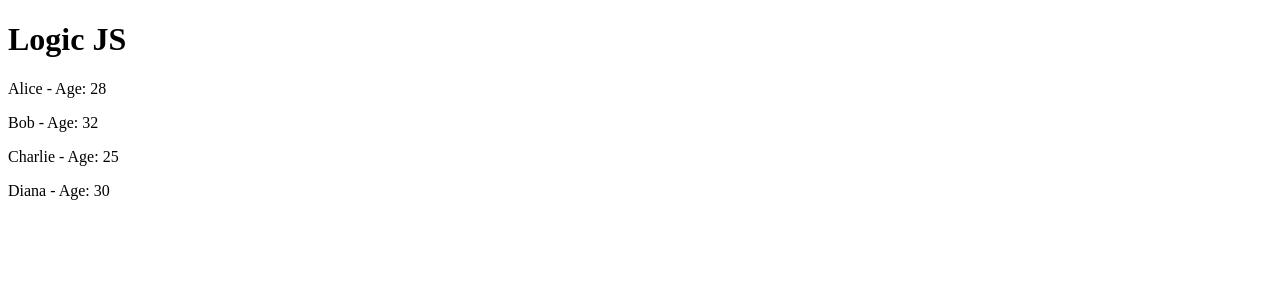
Repository: SharonSebastian32/food-search-filter-
Page: index.html
An editor plug-in stored every save of this project. The page is shown before and after the next save, followed by the edit.
The browser window is 1280 px wide. The pictures show the whole page.

Above is the page before, as saved 2024-10-11 10:10:40.

After the next save:
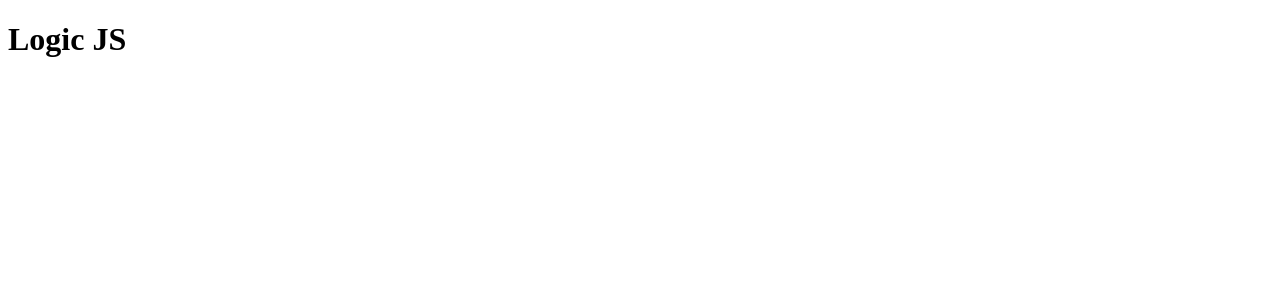
Console error: TypeError: Cannot read properties of null (reading 'appendChild')
Saved 11 s later.
--- a/index.js
+++ b/index.js
@@ -5,7 +5,7 @@
   { id: 4, name: "Diana", age: 30 },
 ];
 
-const userContainer = document.querySelector("div");
+const userContainer = document.querySelector("root");
 
 users.forEach(function (user) {
   const userDetails = document.createElement("p");

After the 4 saves that followed:
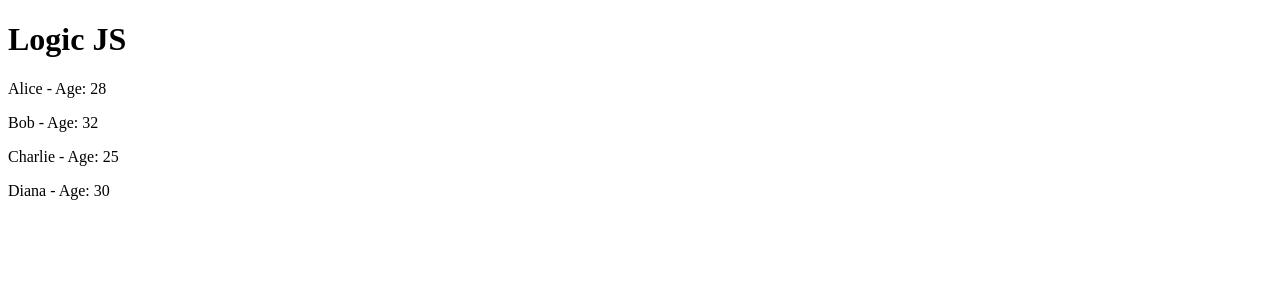
The error is gone.
The 4 saves are shown as one change because 2 left the picture as it was and some came seconds apart.
The last was saved 98 s later.
--- a/index.js
+++ b/index.js
@@ -5,10 +5,16 @@
   { id: 4, name: "Diana", age: 30 },
 ];
 
-const userContainer = document.querySelector("root");
+// Select the element with the ID 'root'
+const userContainer = document.getElementById("root");
 
+// Create a variable to hold the HTML content
+let userContent = "";
+
+// Loop through each user and append their details to the content
 users.forEach(function (user) {
-  const userDetails = document.createElement("p");
-  userDetails.textContent = `${user.name} - Age: ${user.age}`;
-  userContainer.appendChild(userDetails);
+  userContent += `<p>${user.name} - Age: ${user.age}</p>`;
 });
+
+// Set the innerHTML of the selected element to the generated content
+userContainer.innerHTML = userContent;
